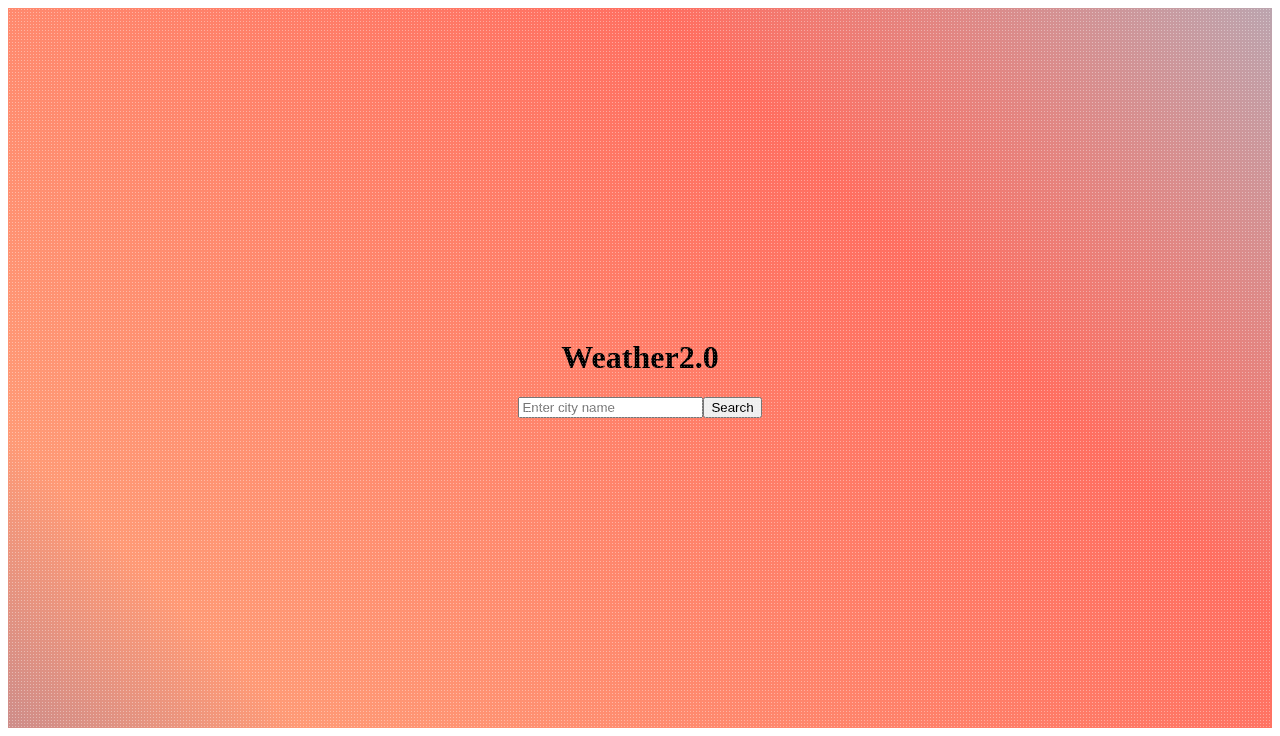
Repository: schwendyjr/COMP3170-Project
Page: /
An editor plug-in stored every save of this project. The page is shown before and after the next save, followed by the edit.
The browser window is 1280 px wide. The pictures show the whole page.
The page's requests for data from a server got no answer. The project was rebuilt for these pictures with package versions that can differ from the ones it lists, and the page was loaded fresh each time. The framework's server and built-in components were replaced by stand-ins that run in the browser. No one was signed in, and anything a server would have sent is missing. Also part of the build but not shown: utils/formatDate.js, components/WeatherCardItem.js, components/Forecast.js.

Above is the page before, as saved 2024-12-03 20:34:13.

After the next save:
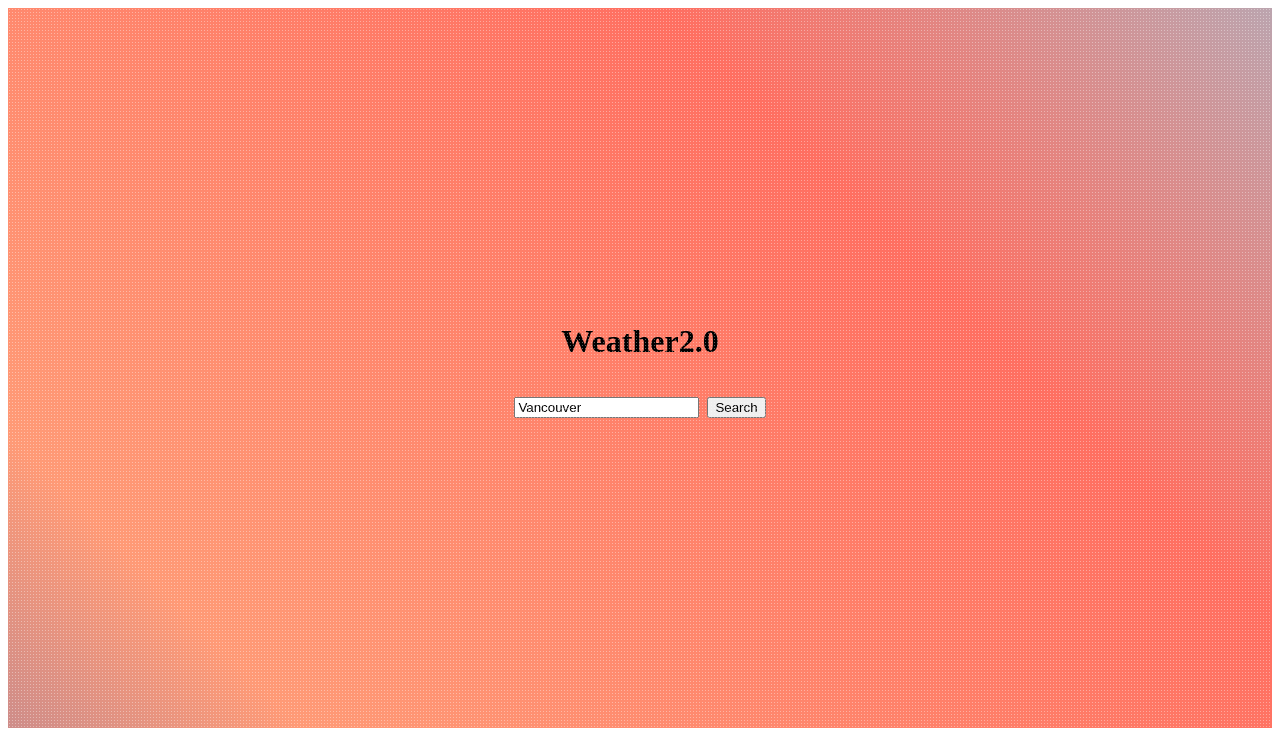
Saved 3 min 47 s later.
--- a/components/WeatherSearch.js
+++ b/components/WeatherSearch.js
@@ -1,69 +1,19 @@
-// WeatherSearch.js
-import { useState, useEffect } from 'react';
-import axios from 'axios';
-import WeatherCardItem from './WeatherCardItem';
-
-
-const WeatherSearch = () => {
-  const [city, setCity] = useState('');
-  const [weatherData, setWeatherData] = useState(null);
-  const [error, setError] = useState('');
-  const [isSearching, setIsSearching] = useState(false);
-
-  // Function to fetch weather data
-  const fetchWeatherData = async (cityName) => {
-    try {
-      const response = await axios.get(`https://api.weatherapi.com/v1/current.json?key=${process.env.NEXT_PUBLIC_WEATHER_API_KEY}&q=${city}`);
-      if (response.data && response.data.location && response.data.current) {
-        setWeatherData(response.data);
-        setError(''); // Clear any previous error
-      } else if (isSearching) {
-        setError('City not found or data is incomplete');
-      }
-    } catch (err) {
-      if (isSearching) {
-        setError('City not found');
-      }
-    }
+import styles from '../styles/Home.module.css';
+const WeatherSearch = ({ city, setCity, fetchWeatherData }) => {
+  const handleInputChange = (e) => {
+      setCity(e.target.value);
   };
 
-//   // Use useEffect to fetch Vancouver's weather data on component mount
-//   useEffect(() => {
-//     fetchWeatherData('Vancouver');
-//   }, []);
-
-  const handleInputChange = (e) => {
-    setCity(e.target.value);
-  };
-
-  const handleSubmit = (e) => {
-    e.preventDefault();
-    setIsSearching(true);
-    setError('');
-    fetchWeatherData(city);
+  const handleSearch = (e) => {
+      e.preventDefault();
+      fetchWeatherData(city);
   };
 
   return (
-    <div>
-      <form onSubmit={handleSubmit}>
-        <input
-          type="text"
-          value={city}
-          onChange={handleInputChange}
-          placeholder="Enter city name"
-        />
-        <button type="submit">Search</button>
+      <form onSubmit={handleSearch} className={styles.searchForm}>
+          <input type="text" value={city} onChange={handleInputChange} placeholder="Enter city" />
+          <button type="submit">Search</button>
       </form>
-      {error && <p>{error}</p>}
-      {weatherData && weatherData.location && weatherData.current && (
-        <WeatherCardItem
-          city={weatherData.location.name}
-          temperature={weatherData.current.temp_c}
-          condition={weatherData.current.condition.text}
-          icon={weatherData.current.condition.icon}
-        />
-      )}
-    </div>
   );
 };
 
